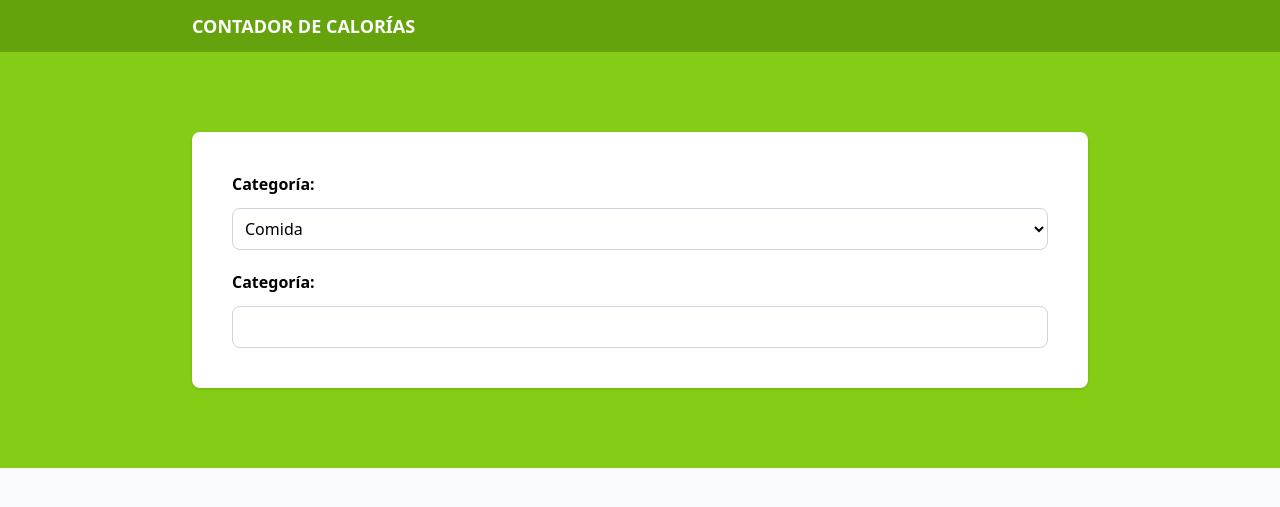
Repository: Samuel-Leal96/contador-calorias-react
Page: /
The author's editor kept a copy of each file at every save. The page is drawn from the files as they stood at one save, then again after the next save.
The browser window is 1280 px wide. The pictures show the whole page.
The project was rebuilt for these pictures with package versions that can differ from the ones it lists, and the page was loaded fresh each time. Also part of the build but not shown: vite.config.ts.

Above is the page before, as saved 2025-10-25 15:58:12.

After the next save:
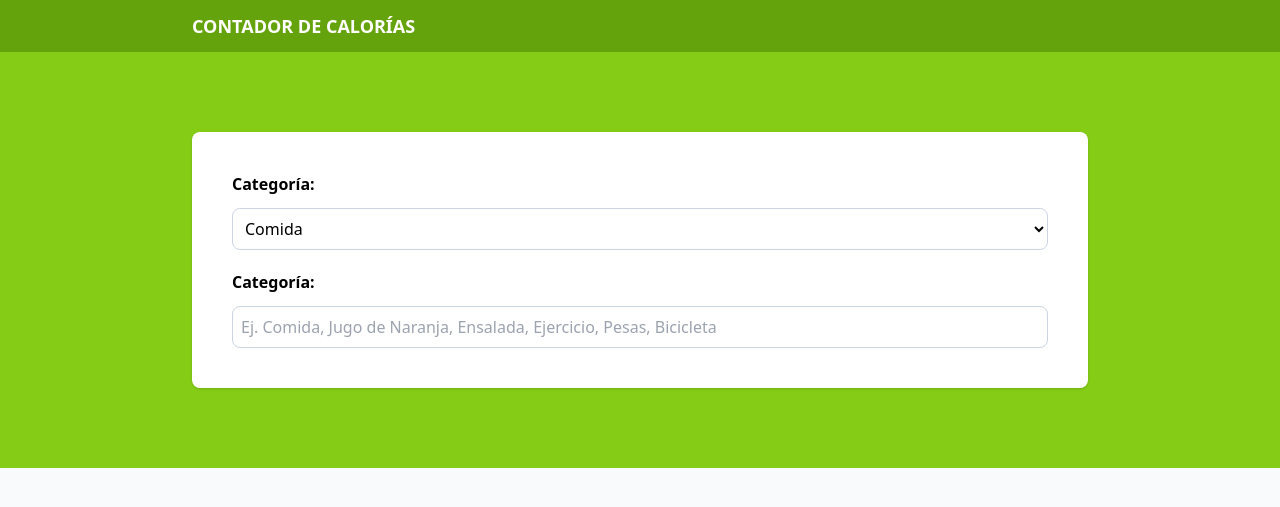
Saved 48 s later.
--- a/src/components/Form.tsx
+++ b/src/components/Form.tsx
@@ -34,6 +34,7 @@ export default function
             id="activity"
             type="text"
             className="border border-slate-300 p-2 rounded-lg"
+            placeholder="Ej. Comida, Jugo de Naranja, Ensalada, Ejercicio, Pesas, Bicicleta"
           >
           </input>
 
